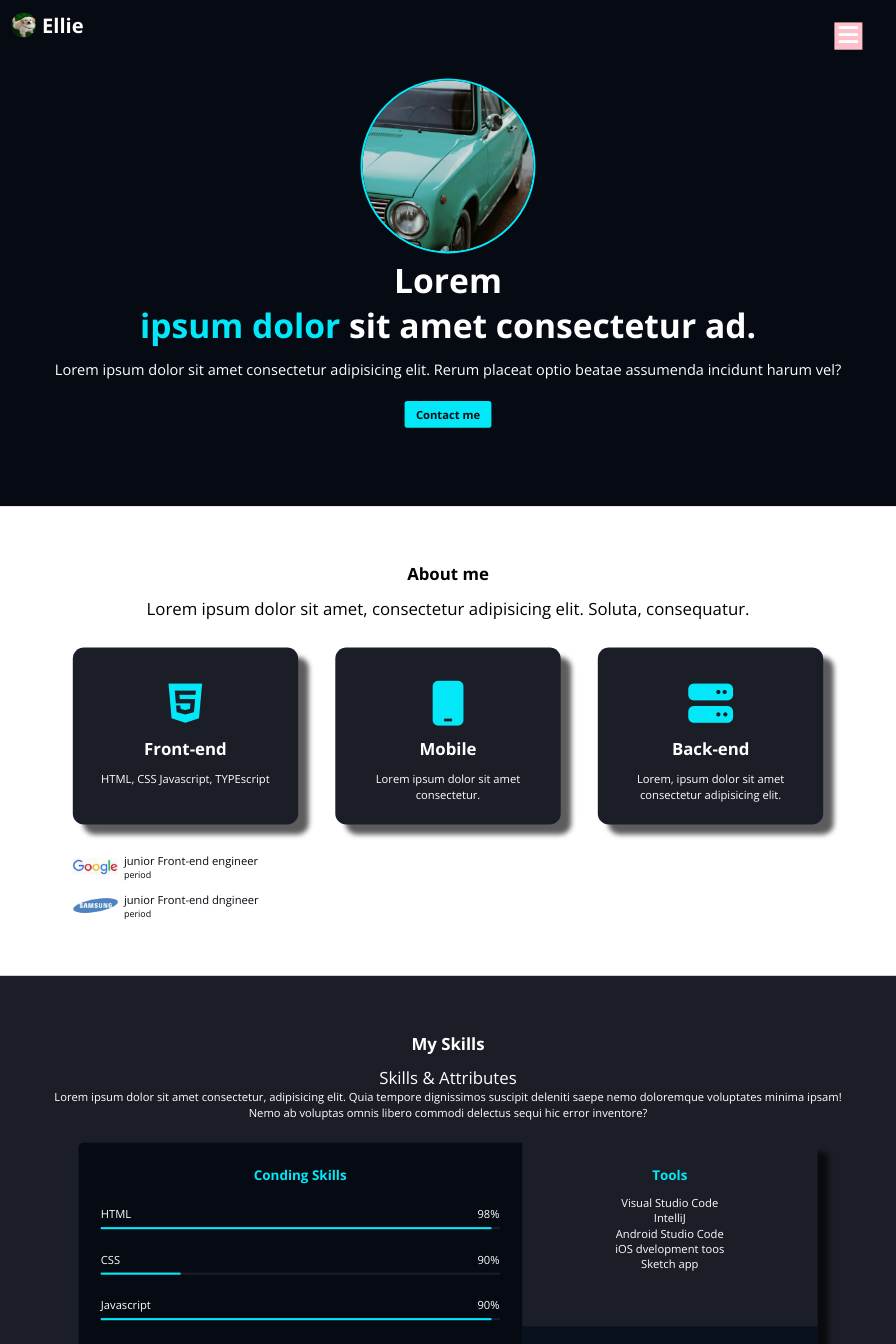
Repository: Arden-Sol/portfolio-website-clone-coding
Page: index.html
The author's editor kept a copy of each file at every save. The page is drawn from the files as they stood at one save, then again after the next save.
The browser window is 1280 px wide. The pictures show the part of the page from y = 0 to 1920 px (the page is 4153 px tall), at 70% of full size.
After loading, the first visible `button.header__bars` was clicked once.
Some web libraries are served in a nearby version.

Above is the page before, as saved 2024-04-05 00:03:43.

### index.html
<!DOCTYPE html>
<html lang="en">

<head>
  <meta charset="UTF-8">
  <meta name="viewport" content="width=device-width, initial-scale=1.0">
  <!-- SEO -->
  <title>Arden&#39;s portfolio</title>
  <meta name="description" content="포트폴리오 연습장" />
  <meta name="author" content="arden">
  <link rel="shortcut icon" href="image/favicon.jpg" type="image/x-icon">
  <!-- OG (Open Graph Data) -->
  <meta property="og:title" content="포트폴리오">
  <meta property="og:type" content="website">
  <meta property="og:url" content="배포후 생성된 URL">
  <meta property="og:image" content="배포후 생성된 이미지 URL">
  <!-- Goole Font -->
  <link rel="preconnect" href="https://fonts.googleapis.com">
  <link rel="preconnect" href="https://fonts.gstatic.com" crossorigin>
  <link href="https://fonts.googleapis.com/css2?family=Open+Sans:ital,wght@0,300..800;1,300..800&display=swap"
    rel="stylesheet">
  <!-- Font Awesome -->
  <script src="https://kit.fontawesome.com/4dc9c1b526.js" crossorigin="anonymous"></script>
  <!-- CSS -->
  <link rel="stylesheet" href="css/style.css">
  <!-- Javascript -->
  <script src="src/main.js" defer></script>
</head>

<body>
  <!-- Header -->
  <header class="header">
    <div class="header__logo">
      <img class="header__logo__img" src="image/favicon.jpg" alt="">
      <h1 class="header__logo__title"><a href="#">Ellie</a></h1>
    </div>
    <nav class="header__nav">
      <ul class="header__menu">
        <li><a class="header__menu__item active" href="#home">Home</a></li>
        <li><a class="header__menu__item" href="#about">About</a></li>
        <li><a class="header__menu__item" href="#skills">Skills</a></li>
        <li><a class="header__menu__item" href="#work">My work</a></li>
        <li><a class="header__menu__item" href="#testimonial">Testimonials</a></li>
        <li><a class="header__menu__item" href="#contact">Contact</a></li>
      </ul>
    </nav>
    <button class="header__bars">
      <i class="fa-solid fa-bars"></i>
    </button>
  </header>
  <!-- Main -->
  <main>
    <!-- Home -->
    <section id="home" class="section">
      <div class="home__container">
        <img class="home__avatar" src="image/picture.jpg" alt="picture">
        <h2 class="home__title">Lorem <br> <strong class="home__title--strong">ipsum dolor</strong> sit amet consectetur
          ad.</h2>
        <p class="home__description">Lorem ipsum dolor sit amet consectetur adipisicing elit. Rerum placeat optio beatae
          assumenda incidunt harum
          vel?</p>
        <a class="home__contact" href="#contact">Contact me</a>
      </div>
    </section>
    <!-- About -->
    <section id="about" class="section max-container">
      <h2 class="title">About me</h2>
      <p class="description">Lorem ipsum dolor sit amet, consectetur adipisicing elit. Soluta, consequatur.</p>
      <ul class="majors">
        <li class="major">
          <i class="fa-brands fa-html5 major__icon"></i>
          <p class="major__title">Front-end</p>
          <p>HTML, CSS Javascript, TYPEscript</p>
        </li>
        <li class="major">
          <i class="fa-solid fa-mobile major__icon"></i>
          <p class="major__title">Mobile</p>
          <p>Lorem ipsum dolor sit amet consectetur.</p>
        </li>
        <li class="major">
          <i class="fa-solid fa-server major__icon"></i>
          <p class="major__title">Back-end</p>
          <p>Lorem, ipsum dolor sit amet consectetur adipisicing elit.</p>
        </li>
      </ul>
      <ul class="jobs">
        <li class="job"><img src="image/jobs/google.png" alt="google">
          <div>
            <p class="job__name">junior Front-end engineer</p>
            <p class="job__period">period</p>
          </div>
        </li>
        <li class="job"><img src="image/jobs/samsung.png" alt="samsung">
          <div>
            <p class="job__name">
              junior Front-end dngineer
            </p>
            <p class="job__period">period</p>
          </div>
        </li>
      </ul>
    </section>
    <!-- Skills -->
    <section id="skills" class="section">
      <div class="max-container">
        <h2 class="title">My Skills</h2>
        <p class="description">Skills & Attributes</p>
        <p>Lorem ipsum dolor sit amet consectetur, adipisicing elit. Quia tempore dignissimos suscipit deleniti saepe
          nemo
          doloremque voluptates minima ipsam! Nemo ab voluptas omnis libero commodi delectus sequi hic error inventore?
        </p>
        <div class="skills">
          <section class="skills__coding">
            <h3 class="skills__title">Conding Skills</h3>
            <ul>
              <li class="bar">
                <div class="bar__metadata"><span>HTML</span><span>98%</span></div>
                <div class="bar__bg">
                  <div class="bar__value" style="width: 98%"></div>
                </div>
              </li>
              <li class="bar">
                <div class="bar__metadata"><span>CSS</span><span>90%</span></div>
                <div class="bar__bg">
                  <div class="bar__value" style="width: 20%"></div>
                </div>
              </li>
              <li class="bar">
                <div class="bar__metadata"><span>Javascript</span><span>90%</span></div>
                <div class="bar__bg">
                  <div class="bar__value" style="width: 98%"></div>
                </div>
              </li>
              <li class="bar">
                <div class="bar__metadata"><span>TYPEscript</span><span>80%</span></div>
                <div class="bar__bg">
                  <div class="bar__value" style="width: 98%"></div>
                </div>
              </li>
              <li class="bar">
                <div class="bar__metadata"><span>NodeJs</span><span>78%</span></div>
                <div class="bar__bg">
                  <div class="bar__value" style="width: 98%"></div>
                </div>
              </li>
              <li class="bar">
                <div class="bar__metadata"><span>React</span><span>68%</span></div>
                <div class="bar__bg">
                  <div class="bar__value" style="width: 98%"></div>
                </div>
              </li>
            </ul>
          </section>
          <section class="skills__tools">
            <h3 class="skills__title">Tools</h3>
            <ul>
              <li>Visual Studio Code</li>
              <li>IntelliJ</li>
              <li>Android Studio Code</li>
              <li>iOS dvelopment toos</li>
              <li>Sketch app</li>
            </ul>
          </section>
          <section class="skills__etc">
            <h3 class="skills__title">Etc</h3>
            <ul>
              <li>Git</li>
              <li>Scurm Master</li>
              <li>Math</li>
            </ul>
          </section>
        </div>
      </div>
    </section>
    <!-- Work -->
    <section id="work" class="section">
      <div class="max-container">
        <h2 class="title">My work</h2>
        <p class="description">Projects</p>
        <ul class="categories">
          <li><button class="category category--selected">All <span class="category__count">8</span></button></li>
          <li><button class="category">Front-end <span class="category__count">3</span></button></li>
          <li><button class="category">Back-end <span class="category__count">3</span></button></li>
          <li><button class="category">Mobile <span class="category__count">2</span></button></li>
        </ul>
        <ul class="projects">
          <li class="project">
            <a href="#" target="_blank">
              <img src="image/projects/project1.webp" alt="project8" class="project__img">
              <div class="project__metadata">
                <h3 class="project__title">Project #1</h3>
                <p>Clone Coding with HTML, CSS</p>
              </div>
            </a>
          </li>
          <li class="project"><a href="#" target="_blank"><img src="image/projects/project1.webp" alt="project1"
                class="project__img">
              <div class="project__metadata">
                <h3 class="project__title">Project #1</h3>
                <p>Clone Coding with HTML, CSS</p>
              </div>
            </a></li>
          <li class="project"><a href="#" target="_blank"><img src="image/projects/project2.webp" alt="project2"
                class="project__img">
              <div class="project__metadata">
                <h3 class="project__title">Project #2</h3>
                <p>Clone Coding with HTML, CSS</p>
              </div>
            </a></li>
          <li class="project"><a href="#" target="_blank"><img src="image/projects/project3.webp" alt="project3"
                class="project__img">
              <div class="project__metadata">
                <h3 class="project__title">Project #3</h3>
                <p>Clone Coding with HTML, CSS</p>
              </div>
            </a></li>
          <li class="project"><a href="#" target="_blank"><img src="image/projects/project4.webp" alt="project4"
                class="project__img">
              <div class="project__metadata">
                <h3 class="project__title">Project #4</h3>
                <p>Clone Coding with HTML, CSS</p>
              </div>
            </a></li>
          <li class="project"><a href="#" target="_blank"><img src="image/projects/project5.webp" alt="project5"
                class="project__img">
              <div class="project__metadata">
                <h3 class="project__title">Project #5</h3>
                <p>Clone Coding with HTML, CSS</p>
              </div>
            </a></li>
          <li class="project"><a href="#" target="_blank"><img src="image/projects/project6.webp" alt="project6"
                class="project__img">
              <div class="project__metadata">
                <h3 class="project__title">Project #6</h3>
                <p>Clone Coding with HTML, CSS</p>
              </div>
            </a></li>
          <li class="project"><a href="#" target="_blank"><img src="image/projects/project7.webp" alt="project7"
                class="project__img">
              <div class="project__metadata">
                <h3 class="project__title">Project #7</h3>
                <p>Clone Coding with HTML, CSS</p>
              </div>
            </a></li>
        </ul>
      </div>
    </section>
    <!-- Testimonials -->
    <section id="testimonial" class="section max-container">
      <h2 class="title">Testimonial</h2>
      <p class="description">See what they say about me</p>
      <ul class="testimonials">
        <li class="testimonial"><img class="testimonial__img" src="image/testimonials/people1.webp" alt="people1">
          <div class="testimonial__bubble">
            <p>Lorem ipsum dolor sit amet consectetur adipisicing elit. Veniam ab quasi totam excepturi iure enim iusto
              facilis ut odio facere quaerat, sapiente nesciunt eveniet magnam porro, officiis molestiae, et nobis!</p>
            <p><a class="testimonial__bubble__name" href="#">James Kim</a> /Google</p>
          </div>
        </li>
        <li class="testimonial"><img class="testimonial__img" src="image/testimonials/people2.webp" alt="people2">
          <div class="testimonial__bubble">
            <p>Lorem ipsum dolor sit amet consectetur, adipisicing elit. Deleniti est neque ipsum distinctio accusamus
              expedita molestiae mollitia animi odio quam minus a atque exercitationem quidem nisi, dolores vel quisquam
              ipsa.</p>
            <p><a class="testimonial__bubble__name" href="#">Anna Jin </a>/Samsung</p>
          </div>
        </li>
        <li class="testimonial">
          <img class="testimonial__img" src="image/testimonials/people3.webp" alt="people3">
          <div class="testimonial__bubble">
            <p>Lorem ipsum dolor sit amet consectetur adipisicing elit. Aut rerum quam quae impedit esse atque laborum
              accusantium maxime repudiandae assumenda, perferendis beatae repellat at? Nam, soluta assumenda. Veniam,
              odit possimus?</p>
            <p><a class="testimonial__bubble__name" href="#">Anna Jin </a>/Samsung</p>
          </div>
        </li>
      </ul>
    </section>
    <!-- Arrow up -->
    <aside>
      <a class="arrow-up" href="#home" title="back to top">
        <i class="fa-solid fa-arrow-up"></i></a>
    </aside>
  </main>
  <!-- Footer -->
  <footer id="contact" class="section">
    <div class="max-container">
      <h2 class="title">Let&#39;s talk</h2>
      <p class="description">highhigh222@naver.com</p>
      <ul class="contact__links">
        <li>
          <a class="contact__link" href="#" title="arden github link" target="_blank">
            <i class="fa-brands fa-github"></i>
          </a>
        </li>
        <li>
          <a class="contact__link" href="#" title="arden linkedin link" target="_blank">
            <i class="fa-brands fa-linkedin"></i>
          </a>
        </li>
      </ul>
      <p>Dream Coding ellie - All right reserved</p>
    </div>
  </footer>


</body>

</html>

### css/style.css
/* Global */
:root {
/* App Colors */
--color-primary: var(--color-black);
--color-primary-variant: var(--color-gray);
--color-accent: var(--color-blue);
--color-accent-variant: var(--color-orange);
--color-text: var(--color-white);

  /* Colors */
--color-white: #ffffff;
--color-black: #050a13;
--color-blue: #03e8f9;
--color-orange: #fd6413;
--color-gray: #1b1e26;

/* Size */
--size-max-width: 1200px;
}

*{
  box-sizing: border-box;
}

body {
  margin : 0;
  font-family: 'Open Sans', sans-serif;
}

h1, h2, h3,p,ul {
  margin : 0;

}

ul{
  list-style: none;
  padding: 0;
}
a {
  text-decoration: none;
  color : var(--color-text);
}

button {
  background-color: transparent;
  outline: 0;
  border : 0;
}

button:hover {
  outline: 1px solid var(--color-accent);
}

/* Common */
.section {
  padding: 4rem;
  text-align: center;
}
.title {
  font-size: 2.5;
  margin: 1rem 0;
}
.description {
  font-size: 1.5rem;
}
.max-container {
  max-width: var(--size-max-width);
  margin: auto;
}

/* Header */
.header{
  position:fixed;
  top:0;
  width: 100%;
  display: flex;
  justify-content: space-between;
  align-items: center;
  padding: 1rem;
  background-color: transparent;
  transition: all 300ms ease;
  z-index: 1;
  /* 새롭게 배운 것 */
}
.header--dark{
  background-color: var(--color-primary);
  box-shadow: 15px 14px 8px 0px rgba(0,0,0,0.64);
}
.header__logo {
  display: flex;
  align-items: center;
  gap:8px;
}
.header__logo__img {
  width: 36px;
  height: 36px;
  border-radius: 100%;
}
.header__logo__title {
  font-size: 1.8rem;
}
.header__menu {
  display: flex;
  gap:4px
}
.header__menu__item {
  padding: 8px 16px;
}
.header__menu__item:hover {
  border-bottom:1px solid var(--color-accent)
}
.header__menu__item.active {
  border:1px solid var(--color-accent);
  border-radius: 4px;
}
/* header bar */
.header__bars{
  background-color: pink;
  position: absolute;
  top:2rem;
  right:3rem;
  color: var(--color-text);
  font-size: 2rem;
  display: none;
}
@media screen and (min-width: 768px) {
  .header{
    flex-direction: column;
    align-items: flex-start;
  }
  .header__nav{
    display: none;
    width: 100%;


  }
  .header__menu{
    background-color: orange;
    flex-direction: column;
    align-items: center;

  }
  .header__bars{
    display: block;
  }
}
/* Home */
#home{
  background-color: var(--color-primary);
  color: var(--color-text);
  padding : 5rem 1rem;
  padding-top: 7rem;
  text-align: center;
}
.home__avatar{
  width: 250px;
  height: 250px;
  object-fit:cover;
  border-radius: 100%;
  border:3px solid var(--color-accent);
}
.home__title {
  font-size: 3rem;
  margin-bottom: 1rem;
}
.home__title--strong{
  color: var(--color-accent);
}
.home__description {
  font-size: 1.3rem;
}
.home__contact{
  display: inline-block;
  background-color: var(--color-accent);
  color:var(--color-black);
  padding : 0.5rem 1rem;
  margin: 2rem;
  font-weight: bold;
  border-radius: 4px;
}
.home__contact:hover{
  background-color: transparent;
  color: var(--color-text);
  outline: 2px solid var(--color-accent);
}
/* About me */
.majors{
  display: flex;
  justify-content: space-between;
  gap:1rem;
  margin: 2.5rem 0;
}
.major {
  background-color: var(--color-primary-variant);
  padding: 2rem 1rem;
  width: 30%;
  color: var(--color-text);
  border-radius: 1rem;
  cursor: default;
  box-shadow: 15px 14px 8px 0px rgba(0,0,0,0.64);
}
.major__icon{
  font-size: 4rem;
  margin: 1rem 0;
  color: var(--color-accent);
  transition: all 300ms ease;
}
.major__title{
  font-size: 1.5rem;
  font-weight: bold;
  margin-bottom:1rem;
}
.major:hover .major__icon{
  transform: rotate(-15deg) scale(1.2);
}
.jobs{
  text-align: start;
}
.job {
  display: flex;
  align-items: center;
  gap:8px;
  margin-bottom: 1rem;
}
.job__name {
  color: var(--color-primary);
}
.job__period  {
  color: var(--color-primary);
  font-size: 0.8rem;
}

/* Skills */
#skills {
  background-color: var(--color-primary-variant);
  color: var(--color-text);
}
.skills{
  display: grid;
  grid-template-columns: 6fr 4fr;
  margin: 2rem 3rem;
  border-radius: 8px;
  overflow: hidden;
  box-shadow: 15px 14px 8px 0px rgba(0,0,0,0.64);
}
.skills__title {
  color: var(--color-accent);
  margin: 1rem 0;
  font-size: 1.2rem;
}

.skills__coding{
  background-color: var(--color-primary);
  grid-row: span 2;
  padding: 1rem;
}
.skills__tools{
padding: 1rem;
}
.skills__etc{
  background-color: var(--color-primary);
  padding: 1rem;
  filter: brightness(150%);
}
.bar {
  display: flex;
  flex-direction: column;
  padding: 1rem;
  gap: 0.5rem;
}
.bar__metadata{
  display: flex;
  justify-content: space-between;
}
.bar__bg{
  width: 100%;
  height: 3px;
  background-color: var(--color-primary-variant);
}
.bar__value{
  height: 3px;
  background-color: var(--color-accent);
}

/* Word */
#work{
  background-color: var(--color-primary);
  color: var(--color-text);
}
.categories{
  display: flex;
  justify-content: center;
  margin: 2.5rem;
  gap: 1rem;
}
.category{
  position: relative;
  color: var(--color-text);
  font-size: 1.1rem;
  padding: 0.5rem 3rem;
  border-radius: 4px;
  border: 1px solid var(--color-accent);
  cursor: pointer;
  white-space: nowrap;
  /* 새롭게 배운 것 */
}
.category--selected {
  background-color: var(--color-accent);
  color: var(--color-primary);
}
.category__count{
  opacity: 0;
  position: absolute;
  top: -20px;
  right: 16px;
  width: 28px;
  height: 28px;
  line-height: 28px;
  border-radius: 100%;
  background-color: var(--color-accent-variant);
  color: var(--color-text);
  transition: all 250ms ease-in;
}
.category--selected .category__count,
.category:hover .category__count{
  opacity: 1;
  top: 0;
}

.projects {
  display: grid;
  grid-template-columns: repeat(4, 1fr);
  grid-template-rows: repeat(2, 1fr);
  gap: 1rem;
}
.project{
  position: relative;
  border-radius: 8px;
  overflow: hidden;
}
.project__img{
  width: 100%;
}
.project__metadata{
  position: absolute;
  top: 0;
  right: 0;
  width: 100%;
  height: 100%;
  background-color: var(--color-black);
  opacity: 0;
  display: flex;
  flex-direction: column;
  justify-content: center;
  align-items: center;
  transition: all 250ms ease-in;
  transform: translateY(-10px);
}
.project__metadata:hover {
  opacity: 0.8;
  transform: translateY(0px);
}
.project__title:after {
  content:'';
  display: block;
  position: relative;
  left: 50%;
  width: 50px;
  height: 2px;
  background-color: var(--color-accent);
  transform: translateX(-50%);
  margin: 0.5rem 0;
  /* 꾸미기용 가상요소 */
}

/* Testimonial */
.testimonials {
  margin: 3rem;

}
.testimonial{
  display: flex;
  gap:2rem;
  margin-bottom: 2rem;
  align-items: center;
}
.testimonial:nth-child(even) .testimonial__img{
  order:1;
}
.testimonial__img{
  width: 150px;
  height: 150px;
  border-radius: 100%;
  box-shadow: 15px 14px 8px 0px rgba(0,0,0,0.64);
}
.testimonial__bubble{
  box-shadow: 15px 14px 8px 0px rgba(0,0,0,0.64);
  padding: 1rem;
  border-radius: 8px;
}
.testimonial__bubble__name{
  color: var(--color-accent);
  font-weight: bold;
  filter: brightness(70%);
}

/* Arrow up */
.arrow-up{
  background-color: var(--color-primary);
  position: fixed;
  bottom: 3rem;
  right: 3rem;
  font-size: 3rem;
  width: 4.5rem;
  height: 4.5rem;
  border-radius: 100%;
  text-align: center;
  box-shadow: 15px 14px 8px 0px var(--color-accent);
}

/* Footer */
#contact{
  background-color: var(--color-primary);
  color: var(--color-text);
}
.contact__links {
  display: flex;
  justify-content: center;
  gap: 1rem;
  padding: 1rem;
  font-size: 2rem;
}
.contact__link {
  transition: color 250ms ease-in;

}
.contact__link:hover{
  color: var(--color-accent);
}

@media screen and (max-width: 768px){
  .section {
    padding: 3rem 2rem;
  }
  .title {
    font-size: 2rem;
  }
.description {
  font-size: 1rem;
}
.header{
  flex-direction: column;
  align-items: start;
}
.header__menu{
  flex-direction: column;
  text-align: center;
  padding: 1rem 4rem;
  gap: 1rem;
}
.header__nav{
  width: 100%;
}
#home{
  padding-bottom: 3rem;
}
.home__title {
font-size: 2.5rem;
margin-bottom: 0.5rem;
}
.majors{
  flex-direction: column;
  align-items: center;
}
.major{
  max-width:25rem;
  width: 100%;
}
.job{
  justify-content: center;
}
.skills{
  grid-template-columns: 1fr;
}
.categories{
  flex-direction: column;
}
.category{
  width: 100%;
}
.projects{
  grid-template-columns: repeat(2, 1fr);
}
.testimonial{
  flex-direction: column;
}
.testimonial:nth-child(even) .testimonial__img{
  order:0;
}
.arrow-up{
  font-size: 2rem;
  width: 3rem;
  height: 3rem;
  bottom: 1.5rem;
  right: 1.5rem;
}
}

### src/main.js
'use strict';
// Header에 페이지 아래로 스크롤시 다크 스타일링 적용
const header = document.querySelector('.header');
const headerHeight = header.getBoundingClientRect().height;
// document.addEventListener('scroll', () => {
//   if (window.scrollY > headerHeight) {
//     header.classList.add('header--dark')
//   } else {
//     header.classList.remove('header--dark')
//   }
// });

//홈화면을 아래로 스크롤시 점점 투명하게만들기
const home = document.querySelector('#home');
const homeHeight = home.getBoundingClientRect().height;
const homeContainer = document.querySelector('.home__container');

document.addEventListener('scroll', event => {
  homeContainer.style.opacity = 1 - window.scrollY / homeHeight;
});
// Arrow up 버튼을 아래로 스크롤시 투명하게 처리함
const arrowUp = document.querySelector('aside');
document.addEventListener('scroll', event => {
  if (homeHeight <= scrollY * 2) {
    arrowUp.style.display = 'block';
  } else {
    arrowUp.style.display = 'none';
  }
});

const bars = document.querySelector('.header__bars');
const header__nav = document.querySelector('.header__nav');
bars.addEventListener('click', event => {
  // header__nav.style.display = 'block';
  console.log('toggle');
});

After the next save:
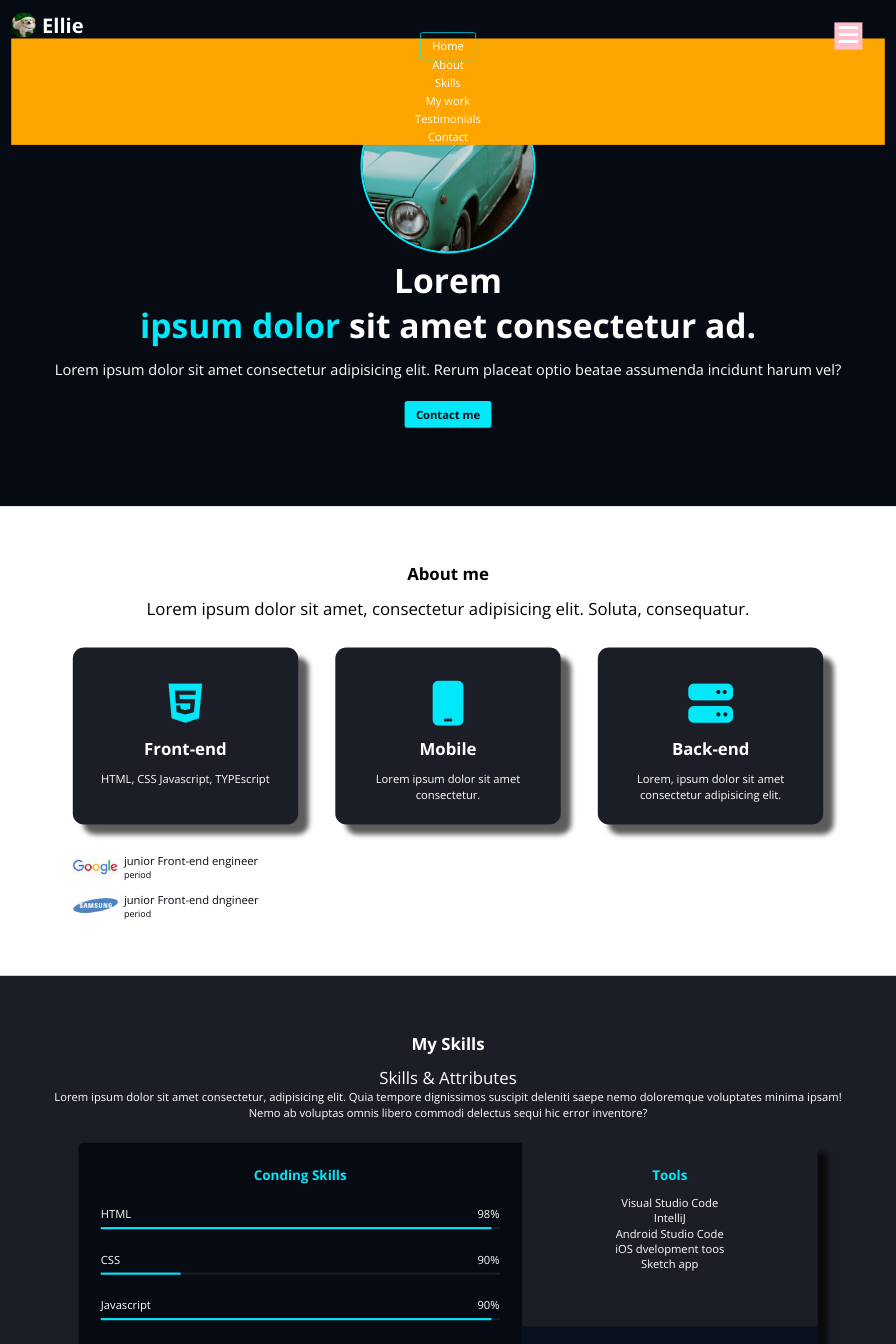
Saved 11 s later.
--- a/src/main.js
+++ b/src/main.js
@@ -31,6 +31,6 @@
 const bars = document.querySelector('.header__bars');
 const header__nav = document.querySelector('.header__nav');
 bars.addEventListener('click', event => {
-  // header__nav.style.display = 'block';
+  header__nav.style.display = 'block';
   console.log('toggle');
 });
